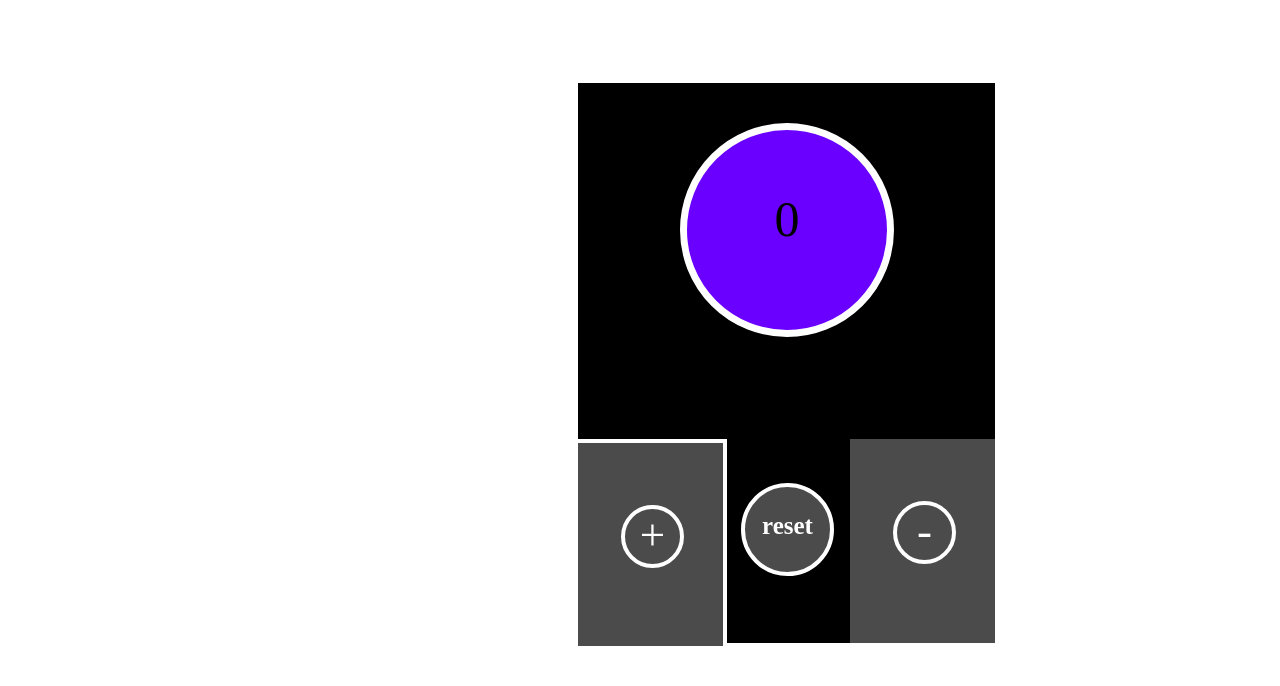
Repository: sara55m/Counter_App
Page: index.html
An editor plug-in stored every save of this project. The page is shown before and after the next save, followed by the edit.
The browser window is 1280 px wide. The pictures show the whole page.

Above is the page before, as saved 2024-07-31 18:31:50.

After the next save:
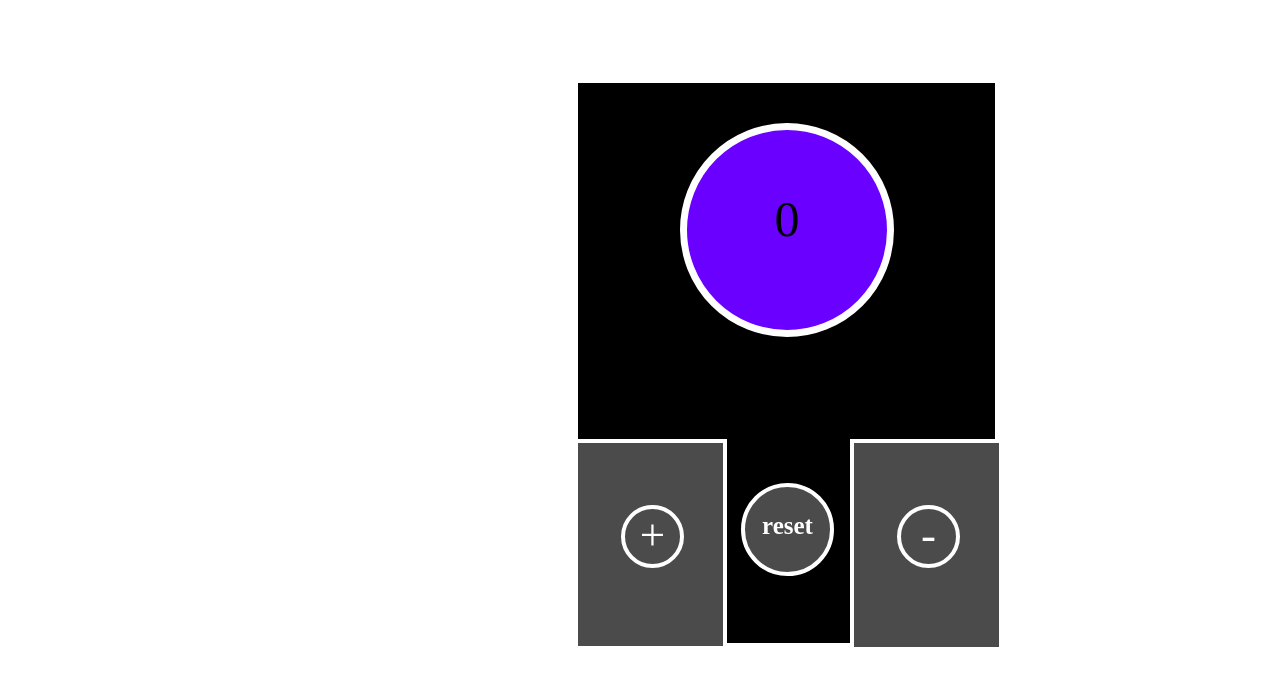
Saved 20 s later.
--- a/css/style.css
+++ b/css/style.css
@@ -60,6 +60,8 @@ p.one{
     background-color:#4b4b4b;
     height:204px;
     width:145px;
+    border-top:4px solid white;
+    border-left: 4px solid white;
 
 }
 .decrease .decrease2{
